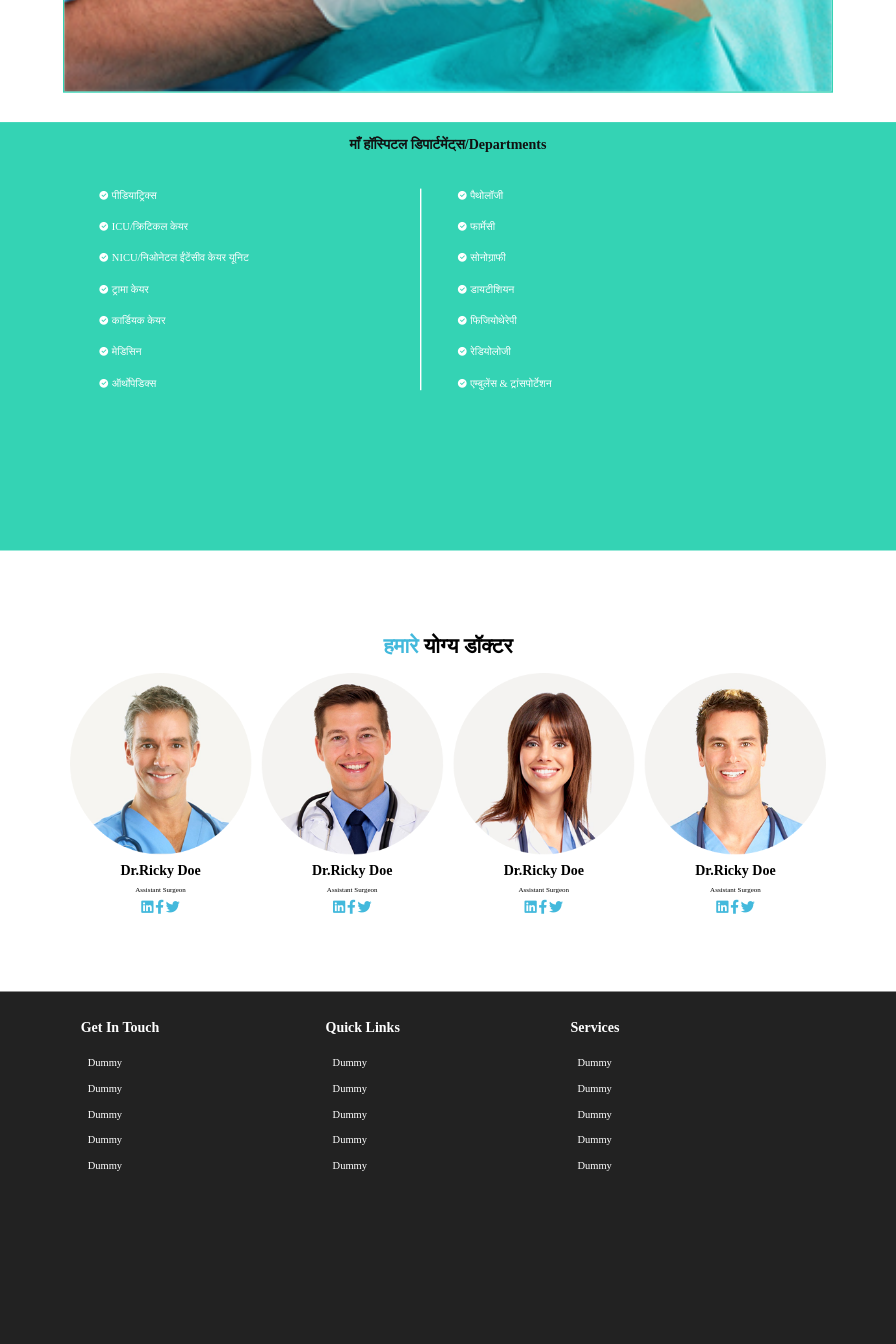
Repository: Aayush919/test
Page: index.html
These files come from the project's save history. The page is drawn as it stood at one moment and after the next save; the edit follows.
The browser window is 1280 px wide. The pictures show the part of the page from y = 2209 to 4129 px (the page is 4129 px tall before and 4084 px after), at 70% of full size.

Above is the page before, as saved 2023-10-15 09:01:16.

After the next save:
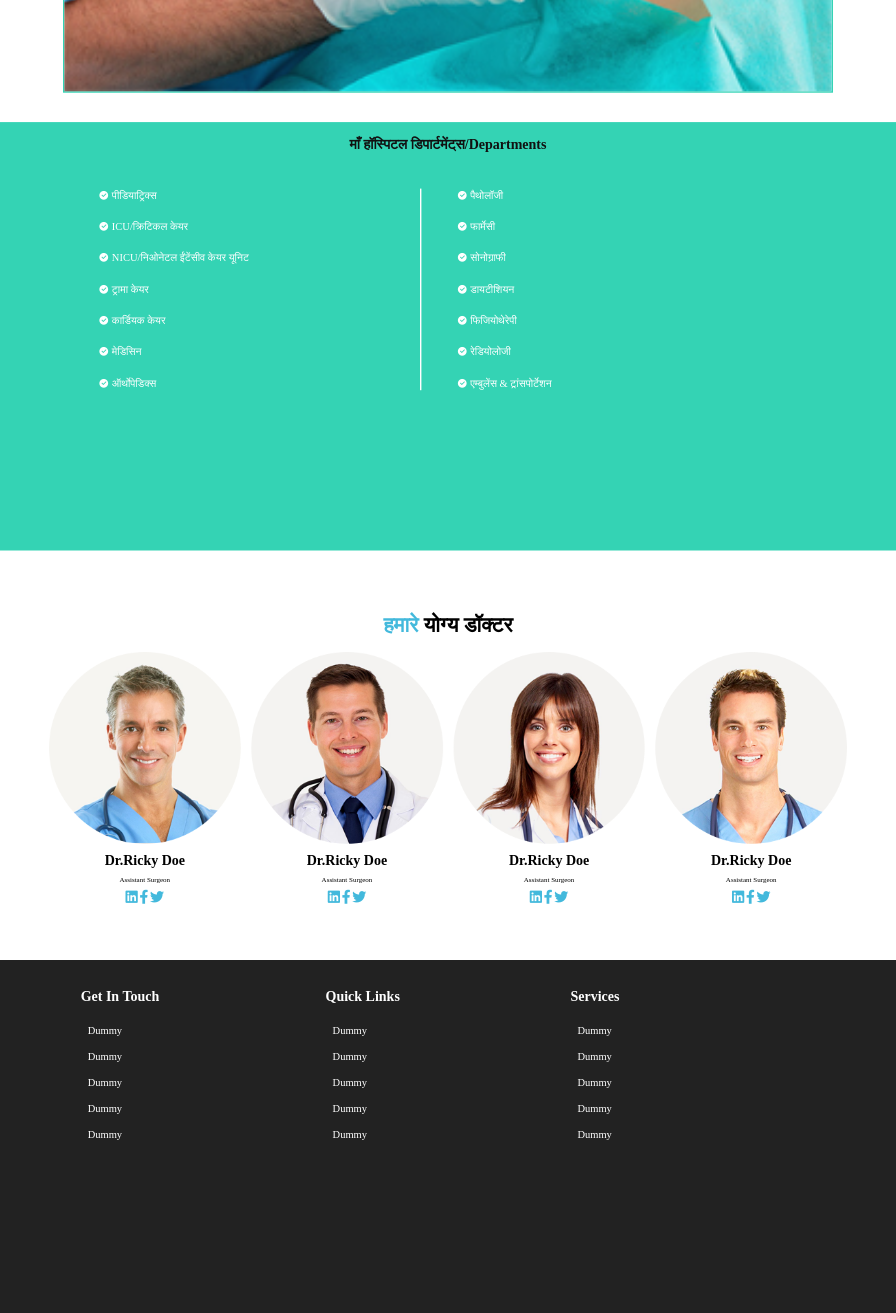
Saved 11 s later.
--- a/style.css
+++ b/style.css
@@ -215,7 +215,7 @@ header .navbar.active{
     width: 100%;
 } */
 .ourteam-section{
-    padding: 10rem;
+    padding: 7rem;
 }
 .ourteam-section h2{
     padding: 2rem;
